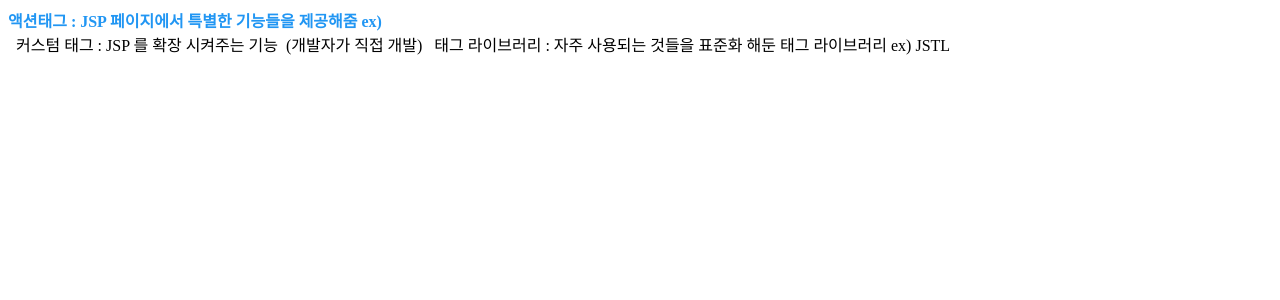
Repository: hyejux/JSP_STUDY
Page: http://localhost/JSPPractice2/JSP_ex5.jsp
These files come from the project's save history. The page is drawn as it stood at one moment and after the next save; the edit follows.
The browser window is 1280 px wide. The pictures show the whole page.
The page is served by Tomcat 9.

Above is the page before, as saved 2025-01-07 16:41:38.

After the next save:
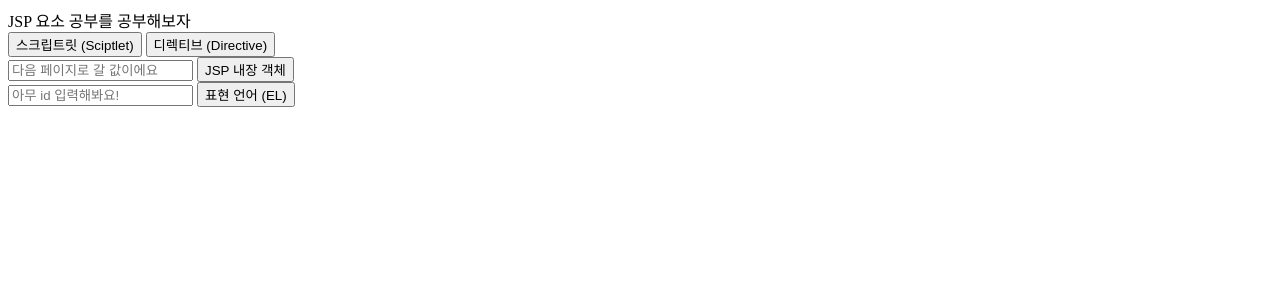
Saved 29 s later.
--- a/JSPPractice2/src/main/webapp/JSP_ex5.jsp
+++ b/JSPPractice2/src/main/webapp/JSP_ex5.jsp
@@ -10,8 +10,10 @@
 <body>
 
 <div class="info">
-	<div> 액션태그 : JSP 페이지에서 특별한 기능들을 제공해줌 ex) </div>
+	<div> 액션태그 : JSP 페이지에서 특별한 기능들을 제공해줌  </div>
 </div>
+
+<jsp:forward page="index.jsp"/>
 
 
 
